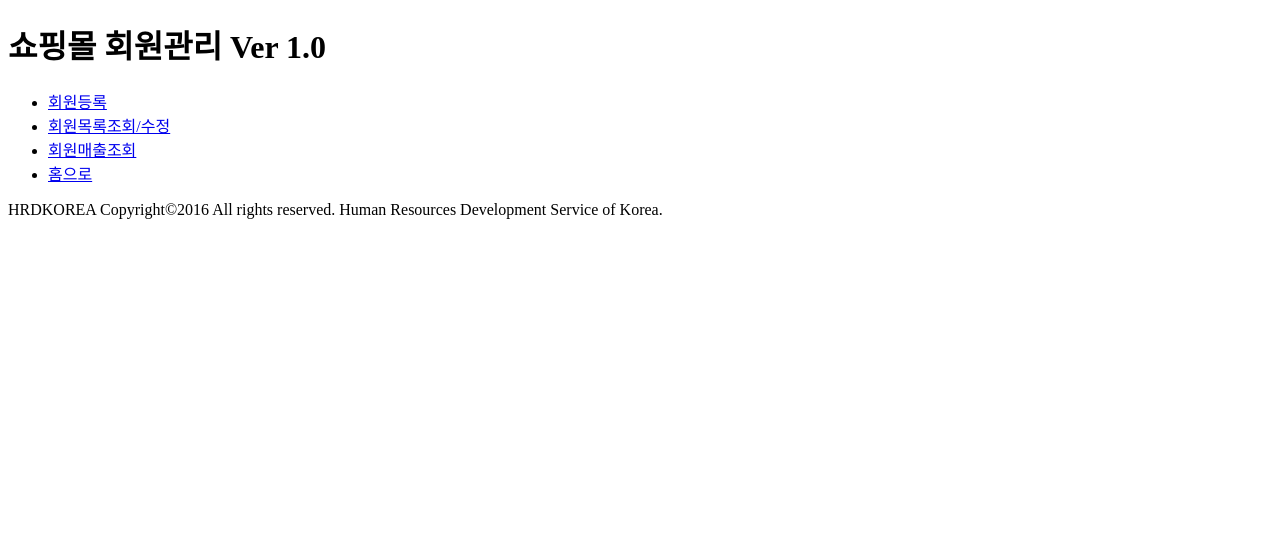
Repository: jeongbin5211/shop_jsp_project
Page: http://localhost/HRD_003/
An editor plug-in stored every save of this project. The page is shown before and after the next save, followed by the edit.
The browser window is 1280 px wide. The pictures show the whole page.
The page is served by Tomcat 9. Other server files are loaded and not shown.

Above is the page before, as saved 2023-12-27 15:31:13.

### source/HRD_003/src/main/webapp/index.jsp
<%@ page language="java" contentType="text/html; charset=UTF-8"
    pageEncoding="UTF-8"%>
<!DOCTYPE html>
<html>
<head>
<meta charset="UTF-8">
<title>홈쇼핑 회원관리 시스템</title>
</head>
<body>
	<header>
		<h1>쇼핑몰 회원관리 Ver 1.0</h1>
		<nav>
			<ul>
				<li>
					<a href="add.jsp">회원등록</a>
				</li>
				<li>
					<a href="list.jsp">회원목록조회/수정</a>
				</li>
				<li>
					<a href="result.jsp">회원매출조회</a>
				</li>
				<li>
					<a href="index.jsp">홈으로</a>
				</li>
			</ul>
		</nav>
	</header>

	<footer>
		<p>HRDKOREA Copyright&copy;2016 All rights reserved. Human Resources Development Service of Korea.</p>
	</footer>
</body>
</html>

After the next save:
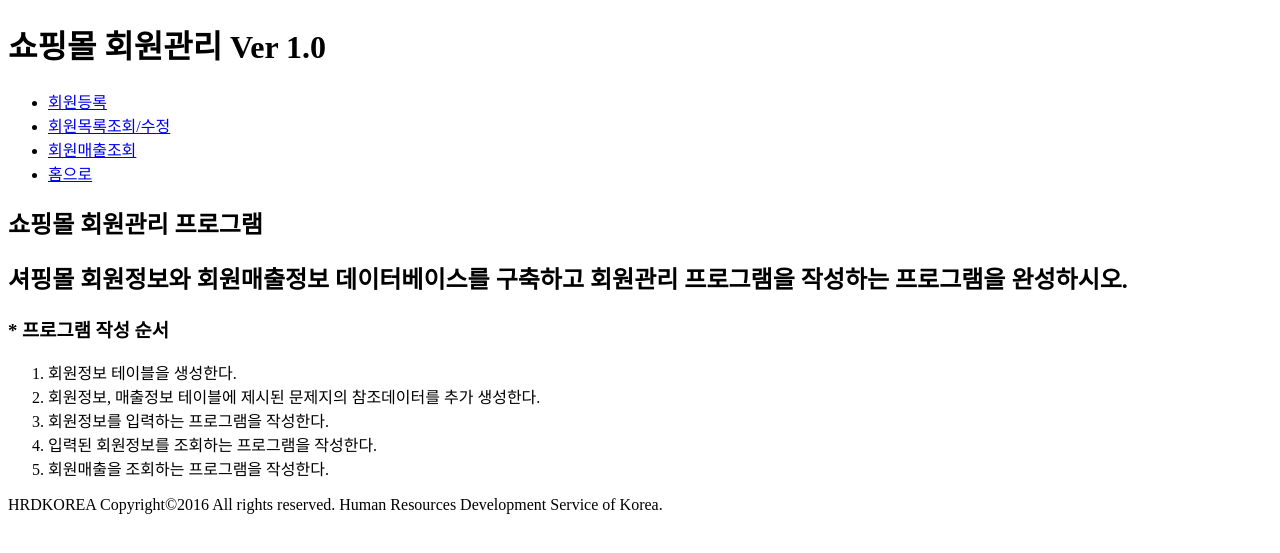
Saved 27 s later.
--- a/source/HRD_003/src/main/webapp/index.jsp
+++ b/source/HRD_003/src/main/webapp/index.jsp
@@ -26,7 +26,20 @@
 			</ul>
 		</nav>
 	</header>
-
+	<section>
+	<h1>쇼핑몰 회원관리 프로그램</h1>
+	<div class="main">
+		<h2>셔핑몰 회원정보와 회원매출정보 데이터베이스를 구축하고 회원관리 프로그램을 작성하는 프로그램을 완성하시오.</h2>
+		<h3>* 프로그램 작성 순서</h3>
+		<ol>
+			<li>회원정보 테이블을 생성한다.</li>
+			<li>회원정보, 매출정보 테이블에 제시된 문제지의 참조데이터를 추가 생성한다.</li>
+			<li>회원정보를 입력하는 프로그램을 작성한다.</li>
+			<li>입력된 회원정보를 조회하는 프로그램을 작성한다.</li>
+			<li>회원매출을 조회하는 프로그램을 작성한다.</li>
+		</ol>
+	</div>
+	</section>
 	<footer>
 		<p>HRDKOREA Copyright&copy;2016 All rights reserved. Human Resources Development Service of Korea.</p>
 	</footer>
